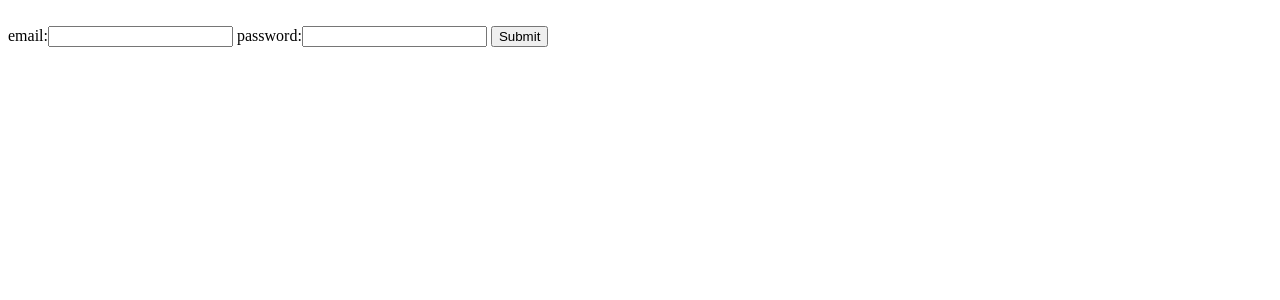
Repository: Ganesh9986320435/AllProjectsFromYestYantra
Page: http://localhost/jspproject2/login.jsp
These files come from the project's save history. The page is drawn as it stood at one moment and after the next save; the edit follows.
The browser window is 1280 px wide. The pictures show the whole page.
The page is served by Tomcat 9.

Above is the page before, as saved 2023-01-30 09:37:24.

After the next save:
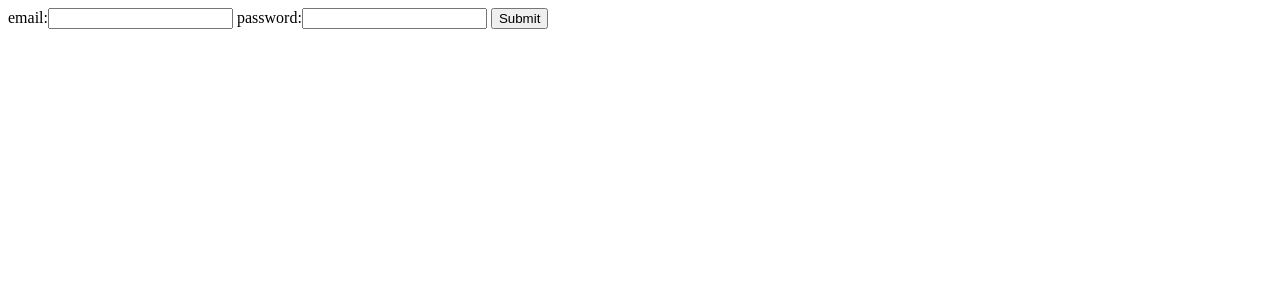
Saved 5 min 35 s later.
--- a/jspproject2/src/main/webapp/login.jsp
+++ b/jspproject2/src/main/webapp/login.jsp
@@ -8,9 +8,8 @@
 </head>
 <body>
 <%String message=(String)request.getAttribute("message"); %>
-<%if(message!=null){ %>
-<%=message %>
-<%} %><br>
+<%if(message!=null){ System.out.print(message);}%>
+
 <form action="login" method="post">
 
 email:<input type="email" name="email">

After the 2 saves that followed:
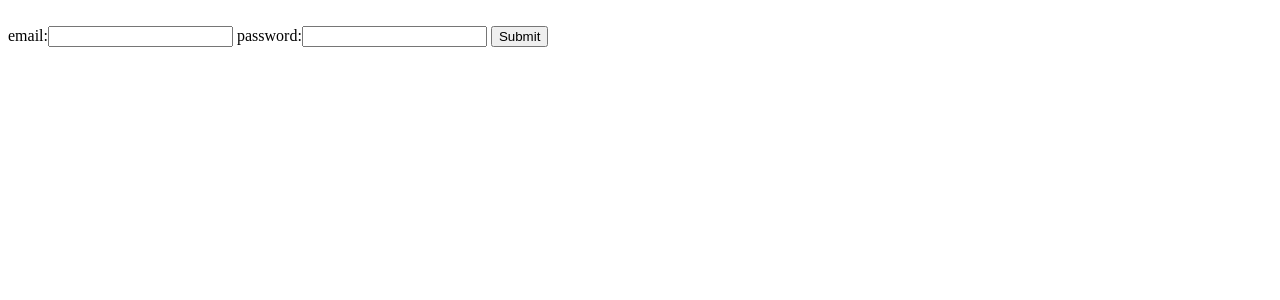
The 2 saves are shown as one change because 1 left the picture as it was.
The last was saved 3 min 47 s later.
--- a/jspproject2/src/main/webapp/login.jsp
+++ b/jspproject2/src/main/webapp/login.jsp
@@ -8,8 +8,9 @@
 </head>
 <body>
 <%String message=(String)request.getAttribute("message"); %>
-<%if(message!=null){ System.out.print(message);}%>
-
+<%if(message!=null){ %>
+<%=message %>
+<%} %><br>
 <form action="login" method="post">
 
 email:<input type="email" name="email">
